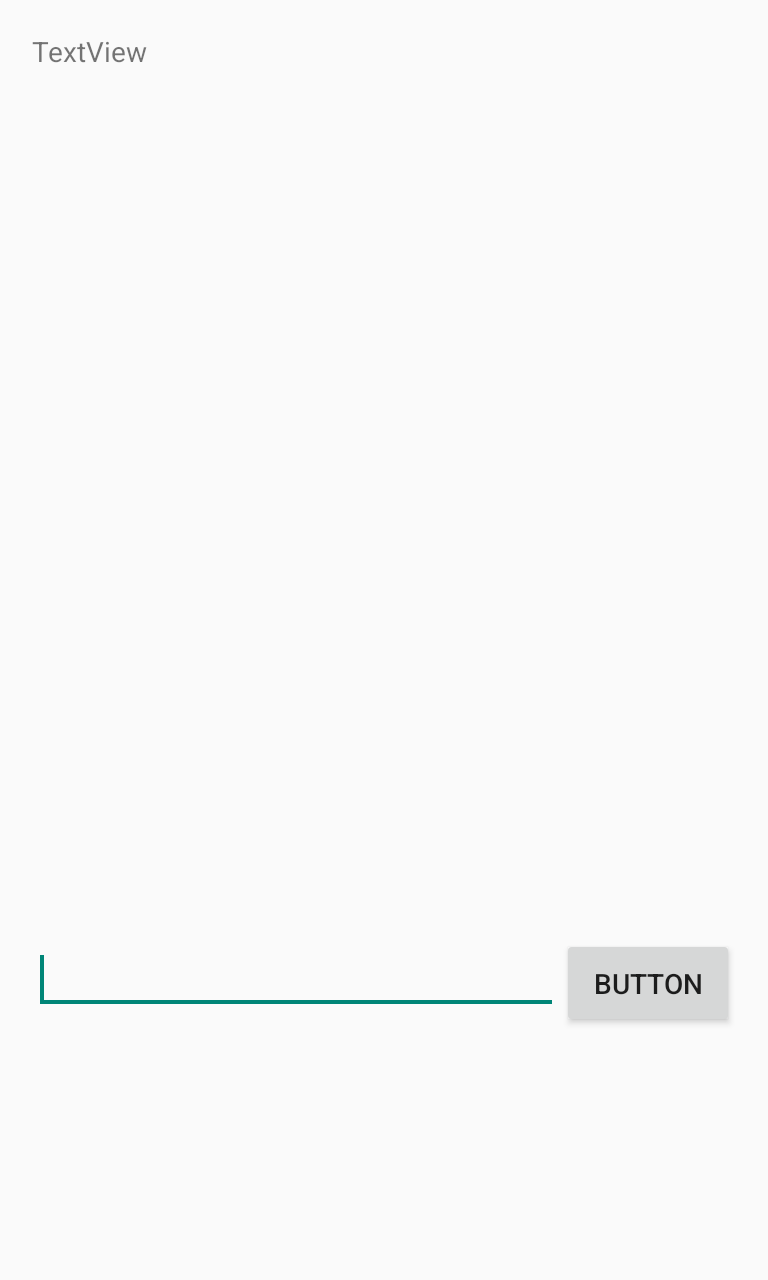
Repository: mg-badman/SPCS11
Layout: softproj_app_final/softwProj/res/layout/activity_main.xml
These files come from the project's save history. The layout is drawn as it stood at one moment and after the next save; the edit follows.
It is drawn on a 768 x 1280 px phone screen (xhdpi) without system bars, with theme AppTheme; the app's code is not run.

Above is the layout before, as saved 2015-06-01 02:24:53.

### softproj_app_final/softwProj/res/layout/activity_main.xml
<RelativeLayout xmlns:android="http://schemas.android.com/apk/res/android"
    xmlns:tools="http://schemas.android.com/tools"
    android:layout_width="match_parent"
    android:layout_height="match_parent"
    android:paddingBottom="@dimen/activity_vertical_margin"
    android:paddingLeft="@dimen/activity_horizontal_margin"
    android:paddingRight="@dimen/activity_horizontal_margin"
    android:paddingTop="@dimen/activity_vertical_margin"
    tools:context="com.test.softwproj.MainActivity" >

    <LinearLayout
        android:layout_width="fill_parent"
        android:layout_height="fill_parent"
        android:layout_alignParentLeft="true"
        android:layout_alignParentTop="true"
        android:orientation="vertical" >

        <TextView
            android:id="@+id/textView1"
            android:layout_width="fill_parent"
            android:layout_height="wrap_content"
            android:layout_weight="0.8"
            android:text="TextView" />

        <LinearLayout
            android:layout_width="fill_parent"
            android:layout_height="wrap_content"
            android:layout_weight="0.2">

            <EditText
                android:id="@+id/editText1"
                android:layout_width="wrap_content"
                android:layout_height="wrap_content"
                android:layout_weight="1"
                >

                <requestFocus />
            </EditText>

            <Button
                android:id="@+id/button1"
                android:layout_width="wrap_content"
                android:layout_height="wrap_content"
                android:layout_weight="0"
                android:text="Button" />

        </LinearLayout>

    </LinearLayout>

</RelativeLayout>

Loaded but not shown: softproj_app_final/softwProj/res/values/styles.xml (common file); softproj_app_final/softwProj/res/values-v11/styles.xml (common file); softproj_app_final/softwProj/res/values-v14/styles.xml (common file); softproj_app_final/softwProj/res/values/dimens.xml (common file); softproj_app_final/softwProj/res/values-w820dp/dimens.xml (common file)

After the next save:
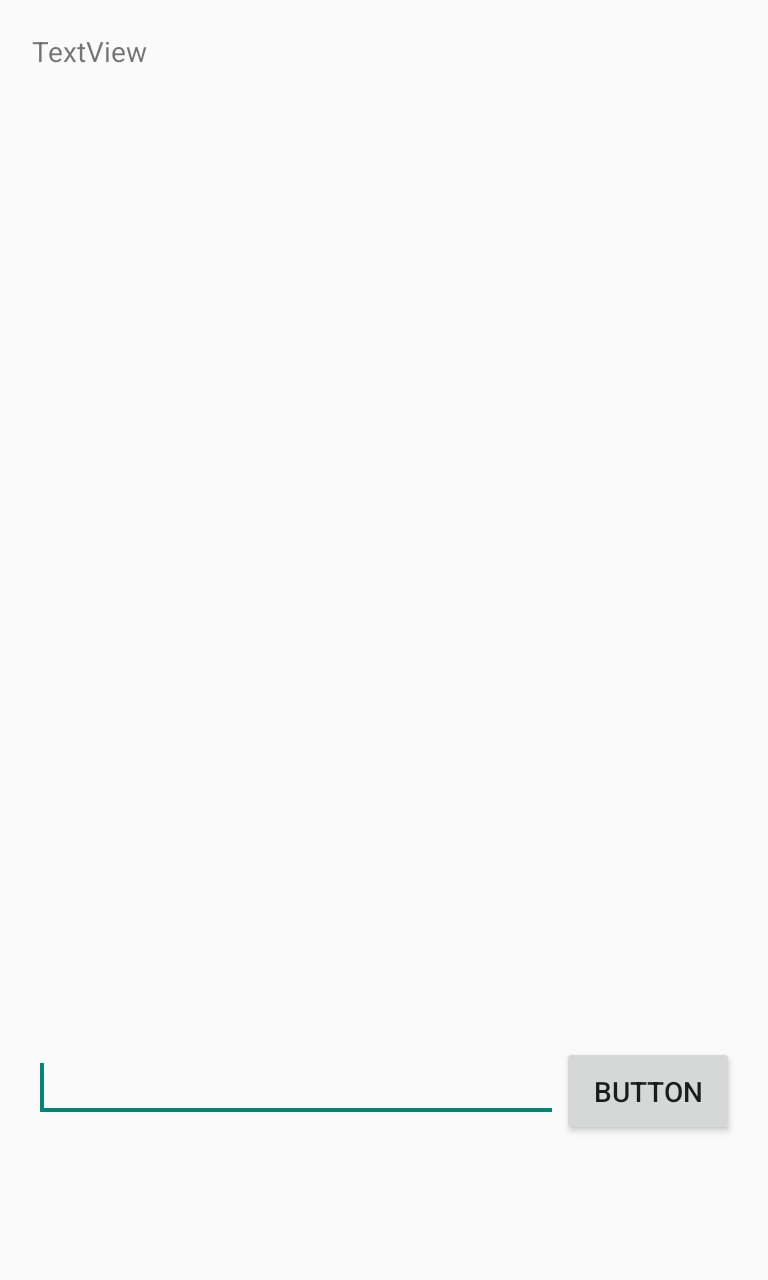
Saved 19 s later.
--- a/softproj_app_final/softwProj/res/layout/activity_main.xml
+++ b/softproj_app_final/softwProj/res/layout/activity_main.xml
@@ -19,13 +19,13 @@
             android:id="@+id/textView1"
             android:layout_width="fill_parent"
             android:layout_height="wrap_content"
-            android:layout_weight="0.8"
+            android:layout_weight="0.9"
             android:text="TextView" />
 
         <LinearLayout
             android:layout_width="fill_parent"
             android:layout_height="wrap_content"
-            android:layout_weight="0.2">
+            android:layout_weight="0.1">
 
             <EditText
                 android:id="@+id/editText1"
